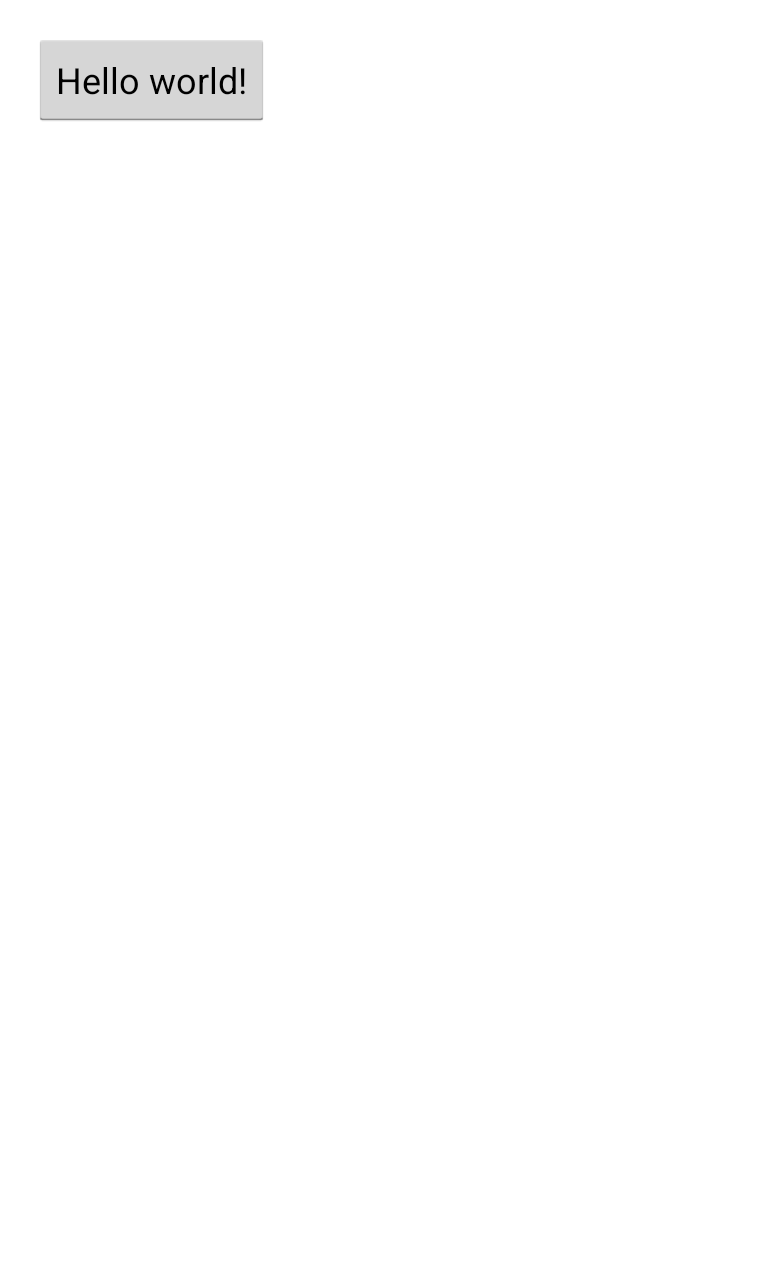
Repository: nickof/study
Layout: Android/itheima/day13_ContentProvider内容提供者/代码/Day13_04_通过内容提供者访问短信数据库/res/layout/activity_main.xml
These files come from the project's save history. The layout is drawn as it stood at one moment and after the next save; the edit follows.
It is drawn on a 768 x 1280 px phone screen (xhdpi) without system bars, with theme AppTheme; the app's code is not run.

Above is the layout before, as saved 2016-09-21 03:38:05.

### Android/itheima/day13_ContentProvider内容提供者/代码/Day13_04_通过内容提供者访问短信数据库/res/layout/activity_main.xml
<LinearLayout xmlns:android="http://schemas.android.com/apk/res/android"
    xmlns:tools="http://schemas.android.com/tools"
    android:layout_width="match_parent"
    android:layout_height="match_parent"
    android:paddingBottom="@dimen/activity_vertical_margin"
    android:paddingLeft="@dimen/activity_horizontal_margin"
    android:paddingRight="@dimen/activity_horizontal_margin"
    android:paddingTop="@dimen/activity_vertical_margin"
    tools:context=".MainActivity" >

    <Button
        android:layout_width="wrap_content"
        android:layout_height="wrap_content"
        android:text="@string/hello_world" />

</LinearLayout>

### Android/itheima/day13_ContentProvider内容提供者/代码/Day13_04_通过内容提供者访问短信数据库/res/values/strings.xml
<?xml version="1.0" encoding="utf-8"?>
<resources>

    <string name="app_name">Day13_04_通过内容提供者访问短信数据库</string>
    <string name="action_settings">Settings</string>
    <string name="hello_world">Hello world!</string>

</resources>

Loaded but not shown: Android/itheima/day13_ContentProvider内容提供者/代码/Day13_04_通过内容提供者访问短信数据库/res/values/styles.xml (common file); Android/itheima/day13_ContentProvider内容提供者/代码/Day13_04_通过内容提供者访问短信数据库/res/values-v11/styles.xml (common file); Android/itheima/day13_ContentProvider内容提供者/代码/Day13_04_通过内容提供者访问短信数据库/res/values-v14/styles.xml (common file); Android/itheima/day13_ContentProvider内容提供者/代码/Day13_04_通过内容提供者访问短信数据库/res/values/dimens.xml (common file)

After the next save:
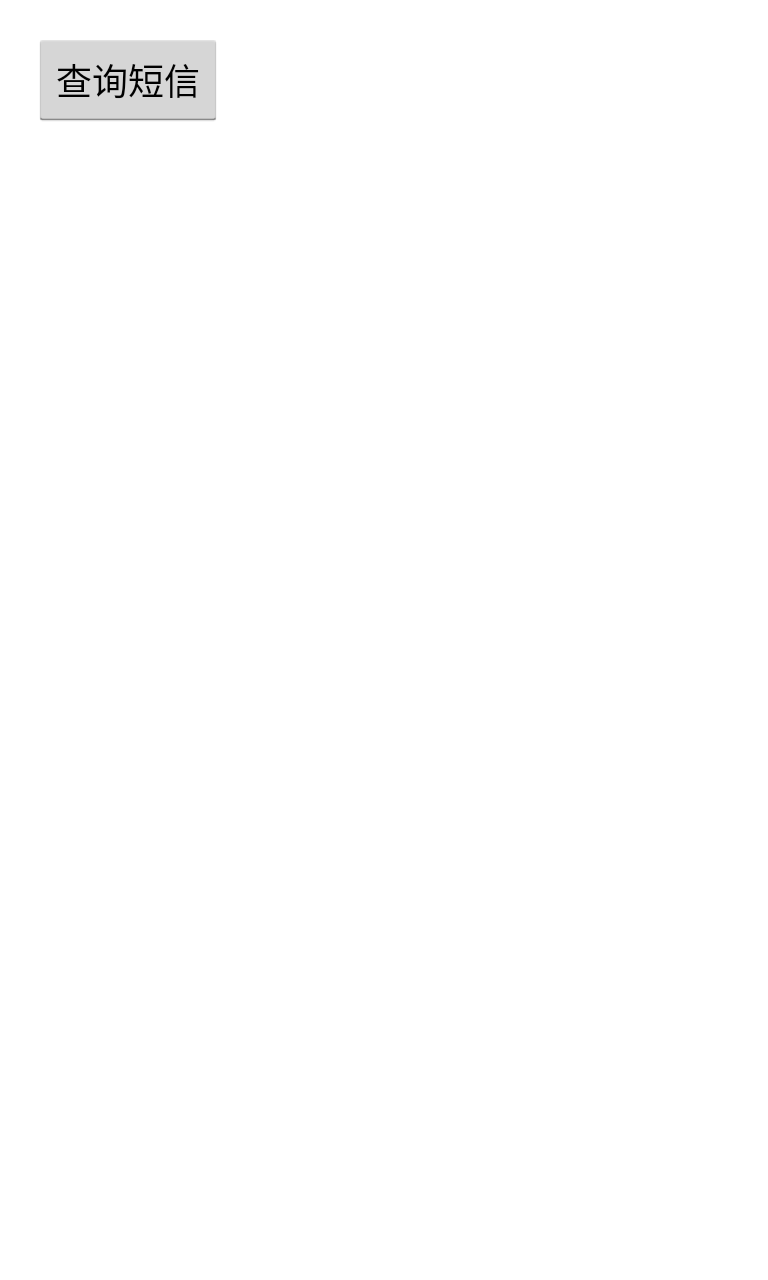
Saved 14 s later.
--- a/Android/itheima/day13_ContentProvider内容提供者/代码/Day13_04_通过内容提供者访问短信数据库/res/layout/activity_main.xml
+++ b/Android/itheima/day13_ContentProvider内容提供者/代码/Day13_04_通过内容提供者访问短信数据库/res/layout/activity_main.xml
@@ -11,6 +11,7 @@
     <Button
         android:layout_width="wrap_content"
         android:layout_height="wrap_content"
-        android:text="@string/hello_world" />
+        android:onClick="querySms"
+        android:text="查询短信" />
 
 </LinearLayout>
